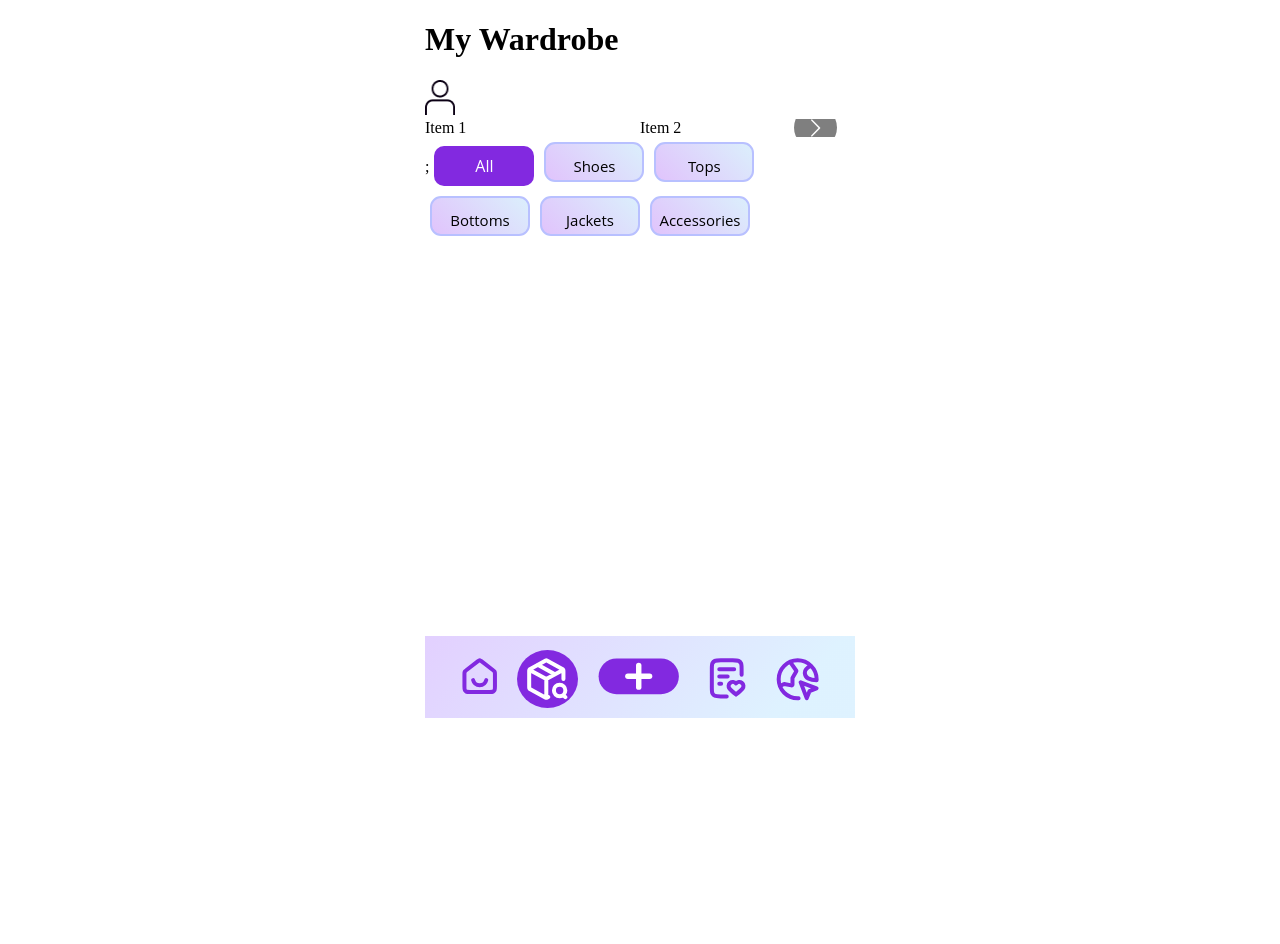
Repository: navnneett/clotho
Page: /Inventory/Category
These files come from the project's save history. The page is drawn as it stood at one moment and after the next save; the edit follows.
The browser window is 1280 px wide. The pictures show the whole page.
The project was rebuilt for these pictures with package versions that can differ from the ones it lists, and the page was loaded fresh each time. The framework's server and built-in components were replaced by stand-ins that run in the browser. Also part of the build but not shown: next.config.js, next.config.mjs, components/CategoryCard/CategoryCard.module.css, components/CategoryCard/index.js.

Above is the page before, as saved 2024-04-15 16:32:38.

After the next save:
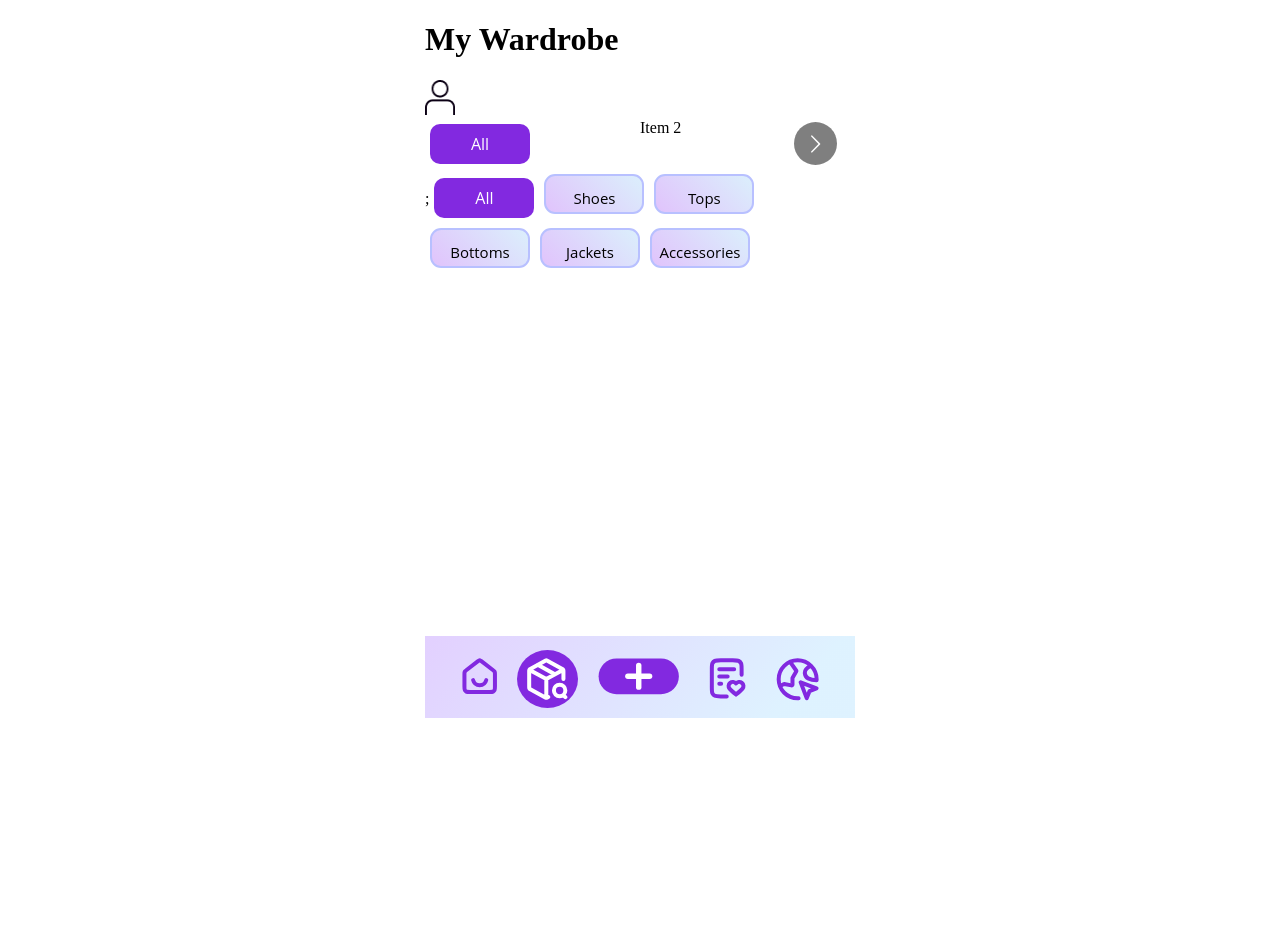
Saved 45 s later.
--- a/pages/Inventory/Category.js
+++ b/pages/Inventory/Category.js
@@ -57,7 +57,17 @@ export default function Category() {
 
                 <div className={styles.chip}>
                 <Carousel responsive={responsive}>
-                    <div>Item 1</div>
+                    <div>
+                    {color ? (
+                    <ButtonTwo title="All" height={40} width={100} margin="5px" onClick={() => findItems("ALL")}>
+                        All
+                    </ButtonTwo>) :
+                        (
+                        <Button onClick={isClick} title="All" height={40} width={100} borderRadius="10px" fontSize="var(--open-sans-small)" margin="5px">
+                            All
+                        </Button>
+                    )}
+                    </div>
                     <div>Item 2</div>
                     <div>Item 3</div>
                     <div>Item 4</div>
